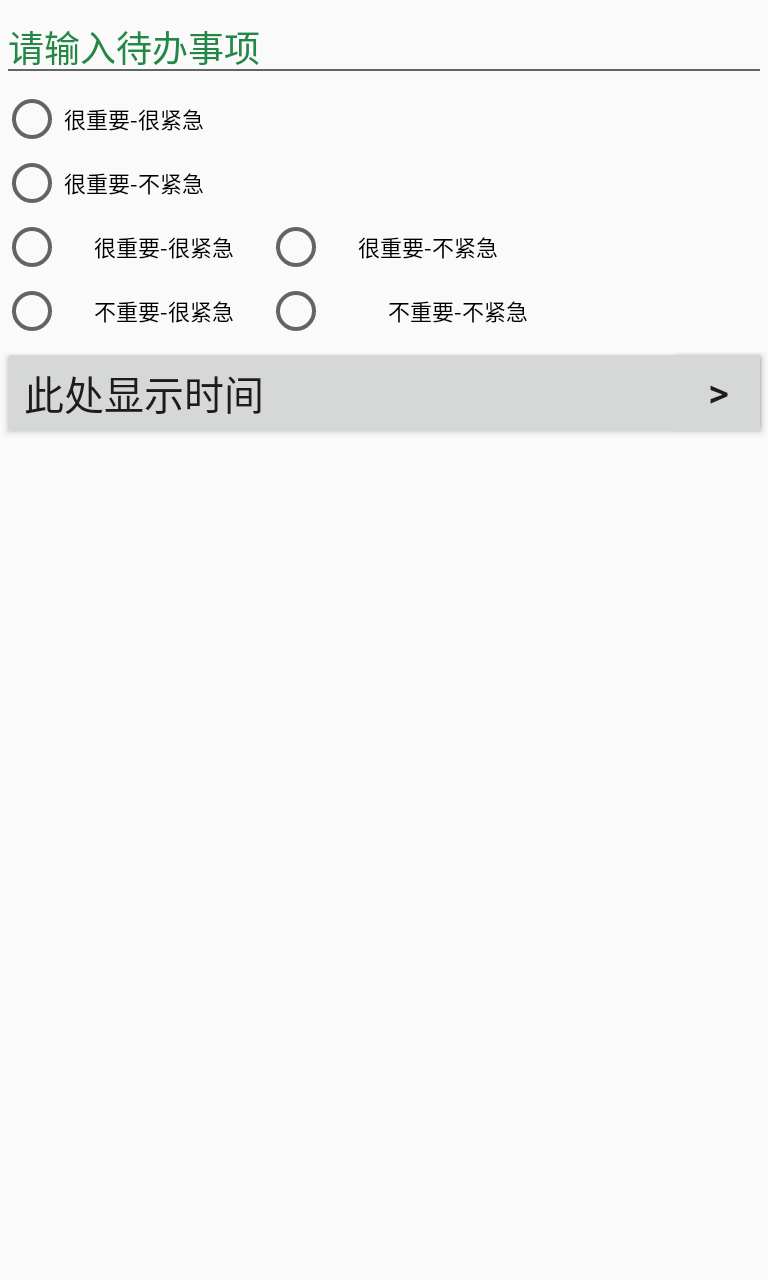
Repository: sh-zh-en/NBTodo
Layout: nbtodo/NBTodo/res/layout/addition_task_layout.xml
An editor plug-in stored every save of this project. The layout is shown before and after the next save, followed by the edit.
It is drawn on a 768 x 1280 px phone screen (xhdpi) without system bars, with theme AppTheme; the app's code is not run.

Above is the layout before, as saved 2015-03-03 02:28:41.

### nbtodo/NBTodo/res/layout/addition_task_layout.xml
<?xml version="1.0" encoding="utf-8"?>
<LinearLayout xmlns:android="http://schemas.android.com/apk/res/android"
    android:layout_width="match_parent"
    android:layout_height="match_parent"
    android:layout_gravity="bottom"
    android:orientation="vertical" >

    android:orientation="horizontal" >

    <EditText
	    android:id="@+id/edit_text1"
	    android:layout_width="fill_parent"
	    android:layout_height="wrap_content"
	    android:maxLength="40"
	    android:hint="@string/addition_task_layout_edittext01"
	    android:textColorHint="#238745"/>

    <RadioGroup
        android:id="@+id/radiogroup1"
        android:layout_width="264dp"
        android:layout_height="wrap_content"
        android:orientation="vertical" >

          	 <RadioButton
	            android:id="@+id/radiobutton11"
	            android:layout_width="wrap_content"
	            android:layout_height="wrap_content"
	            android:layout_weight="1"
	            android:gravity="center"
	            android:text="@string/addition_task_layout_radiobutton01"
	            android:textSize="11.0sp"
	            />

	        <RadioButton
	            android:id="@+id/radiobutton21"
	            android:layout_width="wrap_content"
	            android:layout_height="wrap_content"
	            android:layout_weight="1"
	            android:gravity="center"
	            android:text="@string/addition_task_layout_radiobutton02"
	            android:textColor="@android:color/black"
	            android:textSize="11.0sp"
	            />
		<LinearLayout
			android:layout_width="match_parent"
			android:layout_height="match_parent"
			android:weightSum="2"
			android:orientation="horizontal" >

		     <RadioButton
	            android:id="@+id/radiobutton1"
	            android:layout_width="wrap_content"
	            android:layout_height="wrap_content"
	            android:layout_weight="1"
	            android:gravity="center"
	            android:text="@string/addition_task_layout_radiobutton01"
	            android:textSize="11.0sp"
	            />

	        <RadioButton
	            android:id="@+id/radiobutton2"
	            android:layout_width="wrap_content"
	            android:layout_height="wrap_content"
	            android:layout_weight="1"
	            android:gravity="center"
	            android:text="@string/addition_task_layout_radiobutton02"
	            android:textColor="@android:color/black"
	            android:textSize="11.0sp"
	            />

		</LinearLayout>
 		<LinearLayout
			android:layout_width="match_parent"
			android:layout_height="match_parent"
			android:weightSum="2"
			android:orientation="horizontal" >

 		    <RadioButton
	            android:id="@+id/radiobutton3"
	            android:layout_width="wrap_content"
	            android:layout_height="wrap_content"
	            android:layout_weight="1"
	            android:gravity="center"
	            android:text="@string/addition_task_layout_radiobutton03"
	            android:textColor="@android:color/black"
	            android:textSize="11.0sp"
	            android:checked="false"
	             />

	        <RadioButton
	            android:id="@+id/radiobutton4"
	            android:layout_width="wrap_content"
	            android:layout_height="wrap_content"
	            android:layout_weight="2"
	            android:gravity="center"
	            android:text="@string/addition_task_layout_radiobutton04"
	            android:textColor="@android:color/black"
	            android:textSize="11.0sp"
	            android:checked="false"
	           />


		</LinearLayout>


    </RadioGroup>

    <FrameLayout
        android:layout_width="match_parent"
        android:layout_height="match_parent"
        android:layout_gravity="bottom"
		android:weightSum="2"
        android:orientation="vertical" >

		<Button
		    android:id="@+id/showDate"
		    android:layout_width="fill_parent"
		    android:layout_height="50dp"
		    android:layout_weight="2"
		    android:text="@string/show_time"
		    android:textSize="20sp"
		    android:gravity="left"/>
		<Button
		    android:id="@+id/setDate"
		    android:layout_width="50dp"
		    android:layout_height="wrap_content"
		    android:layout_gravity="right"
		    android:text=">"
		    android:textSize="20sp"/>
		    android:gravity="center"

	    </FrameLayout>

</LinearLayout>

### nbtodo/NBTodo/res/values/strings.xml
<?xml version="1.0" encoding="utf-8"?>
<resources>

    <string name="app_name">NBTodo</string>
    <string name="hello_world">Hello world!</string>
    <string name="action_settings">Settings</string>


    <string name="activity_nbtodo_main_button01">添加任务</string>


    <string name="addition_task_layout_edittext01">请输入待办事项</string>
    <string name="addition_task_layout_radiobutton01">很重要-很紧急</string>
    <string name="addition_task_layout_radiobutton02">很重要-不紧急</string>
    <string name="addition_task_layout_radiobutton03">不重要-很紧急</string>
    <string name="addition_task_layout_radiobutton04">不重要-不紧急</string>
    <string name="show_time">此处显示时间</string>




</resources>

Loaded but not shown: nbtodo/NBTodo/res/values/styles.xml (common file); nbtodo/NBTodo/res/values-v11/styles.xml (common file); nbtodo/NBTodo/res/values-v14/styles.xml (common file)

After the next save:
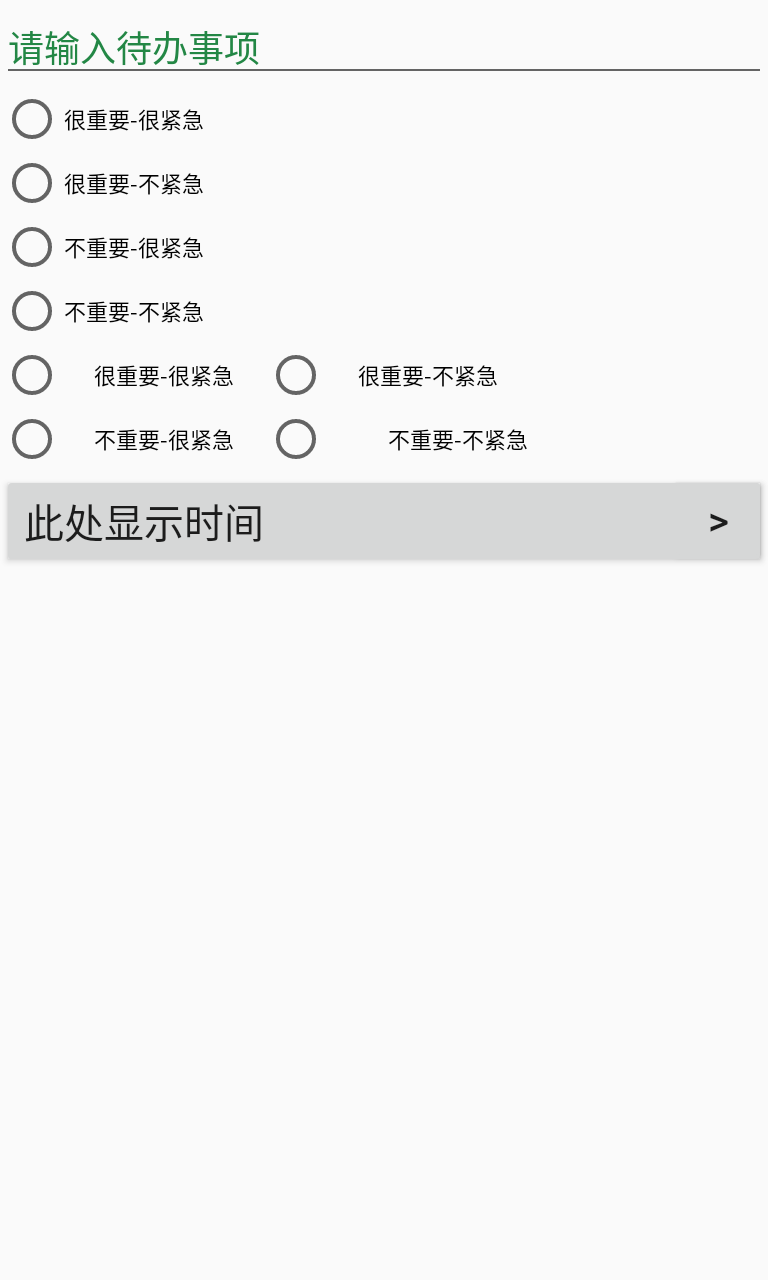
Saved 2 min 46 s later.
--- a/nbtodo/NBTodo/res/layout/addition_task_layout.xml
+++ b/nbtodo/NBTodo/res/layout/addition_task_layout.xml
@@ -41,6 +41,29 @@
 	            android:textColor="@android:color/black"
 	            android:textSize="11.0sp"
 	            />
+	         <RadioButton
+	            android:id="@+id/radiobutton31"
+	            android:layout_width="wrap_content"
+	            android:layout_height="wrap_content"
+	            android:layout_weight="1"
+	            android:gravity="center"
+	            android:text="@string/addition_task_layout_radiobutton03"
+	            android:textColor="@android:color/black"
+	            android:textSize="11.0sp"
+	            android:checked="false"
+	             />
+
+	        <RadioButton
+	            android:id="@+id/radiobutton41"
+	            android:layout_width="wrap_content"
+	            android:layout_height="wrap_content"
+	            android:layout_weight="2"
+	            android:gravity="center"
+	            android:text="@string/addition_task_layout_radiobutton04"
+	            android:textColor="@android:color/black"
+	            android:textSize="11.0sp"
+	            android:checked="false"
+	           />
 		<LinearLayout
 			android:layout_width="match_parent"
 			android:layout_height="match_parent"
